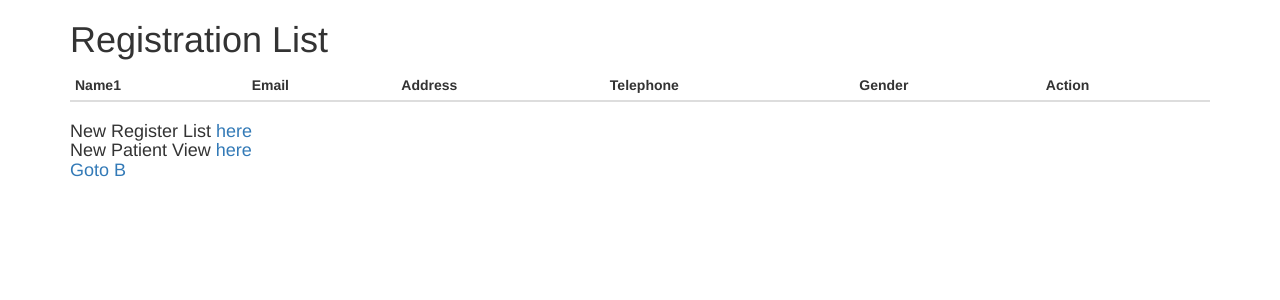
Repository: SACHINnANYAKKARA/2nd_Year_final_Project
Page: http://localhost/SpringMVCHibernateCRUD/WEB-INF/pages/PatientMedicine.jsp
The author's editor kept a copy of each file at every save. The page is drawn from the files as they stood at one save, then again after the next save.
The browser window is 1280 px wide. The pictures show the whole page.
The page is served by Tomcat 9. Nobody is signed in. The template is opened directly, without the code that normally fills it, so the values that code supplies are empty.

Above is the page before, as saved 2018-03-28 14:48:37.

After the next save:
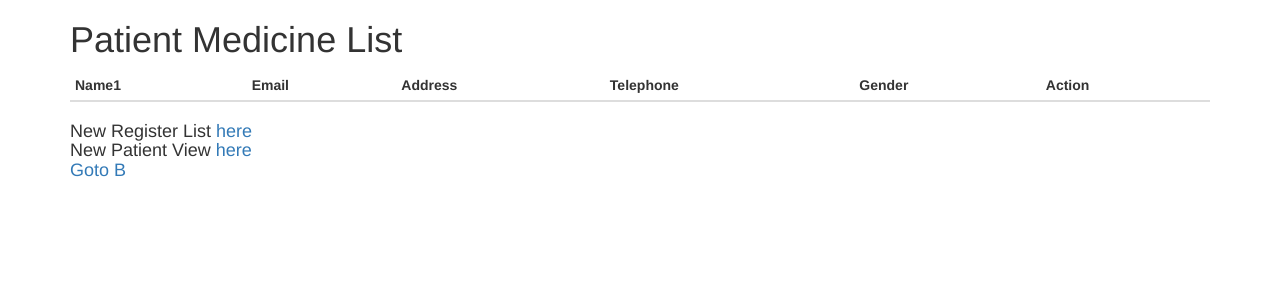
Saved 42 s later.
--- a/SpringMVCHibernateCRUD/src/main/webapp/WEB-INF/pages/PatientMedicine.jsp
+++ b/SpringMVCHibernateCRUD/src/main/webapp/WEB-INF/pages/PatientMedicine.jsp
@@ -16,7 +16,7 @@
 </head>
 <body>
 	<div class="container">
-		<h1>Registration List</h1>
+		<h1>Patient Medicine List</h1>
 
 		 <table class="table table-condensed">
     <thead>
